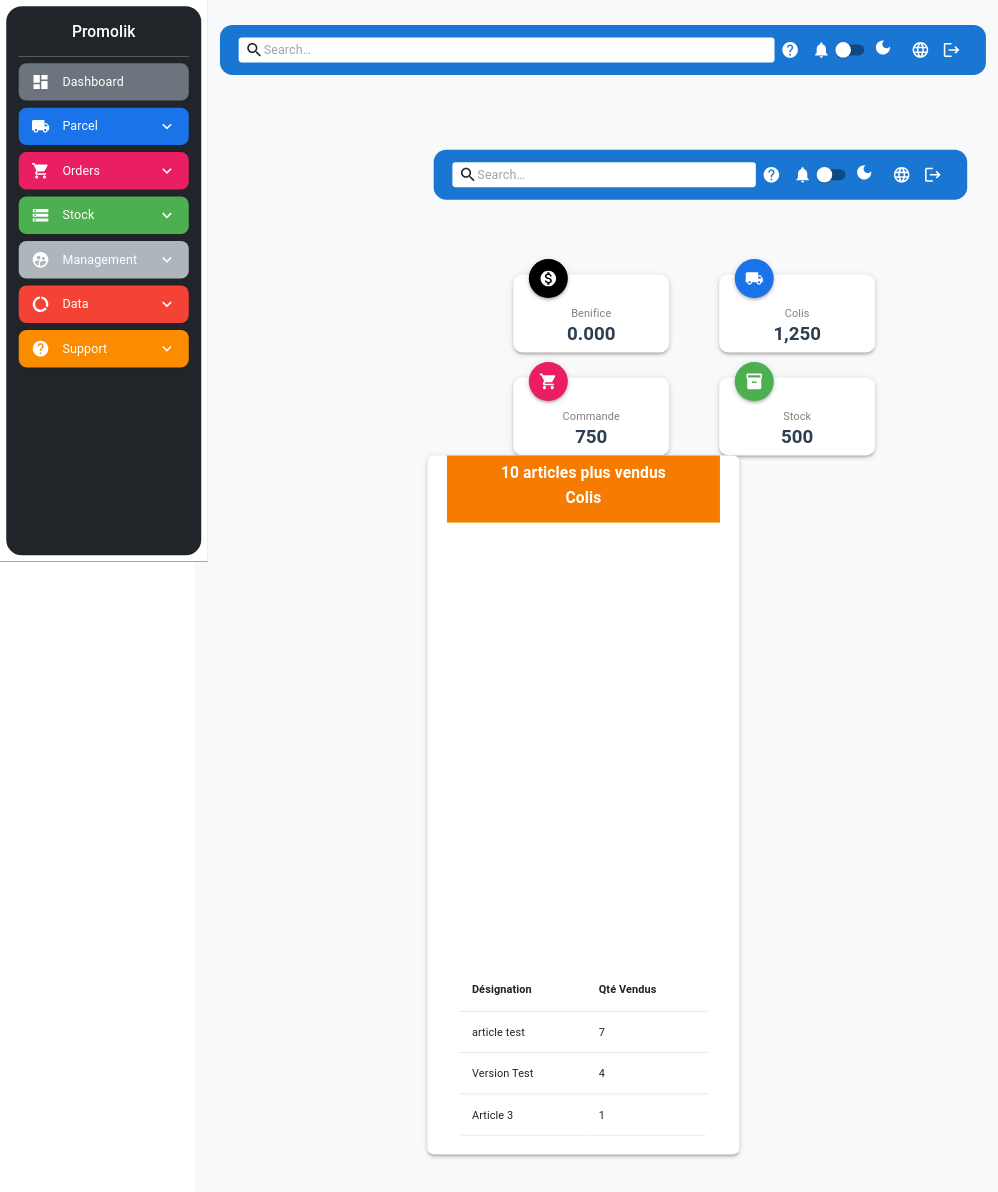
Repository: yosrjdly/stk
Page: /dashboard (app in dashboard/)
These files come from the project's save history. The page is drawn as it stood at one moment and after a run of saves; the edit follows.
The browser window is 1280 px wide. The pictures show the whole page, at 78% of full size.
The project was rebuilt for these pictures with package versions that can differ from the ones it lists, and the page was loaded fresh each time. The framework's server and built-in components were replaced by stand-ins that run in the browser. Also part of the build but not shown: dashboard/next.config.ts.

Above is the page before, as saved 2025-02-14 18:17:26.

After the next 2 saves:
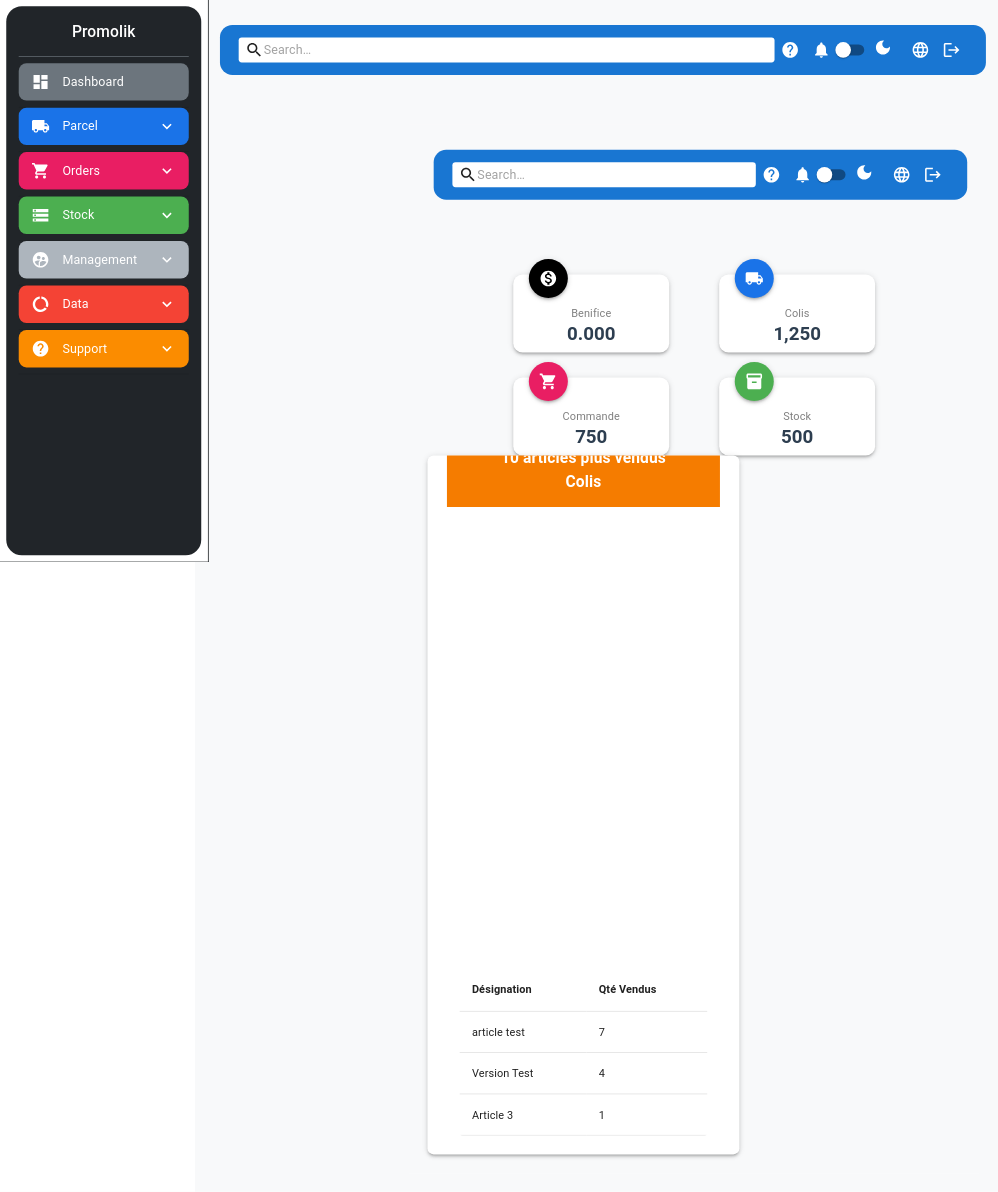
The 2 saves are shown as one change because they came seconds apart.
The last was saved 88 s later.
--- a/dashboard/src/componenets/cards/mediumCard/TopSellingCard.tsx
+++ b/dashboard/src/componenets/cards/mediumCard/TopSellingCard.tsx
@@ -11,7 +11,7 @@ const data = [
 const TopSellingCard = () => {
   return (
     <Card sx={{ width: 400, borderRadius: 2, boxShadow: 3, overflow: "hidden", display: "flex", flexDirection: "column", alignItems: "center", justifyContent: "center", position: "relative" }}>
-      <CardContent sx={{ backgroundColor: "#f57c00", color: "white", textAlign: "center", padding: 2, width: 350, position: "absolute", top: -10 }}>
+      <CardContent sx={{ backgroundColor: "#f57c00", color: "white", textAlign: "center", padding: 2, width: 350, position: "absolute", top: -30 }}>
         <Typography variant="h6" fontWeight="bold">
           10 articles plus vendus
         </Typography>
